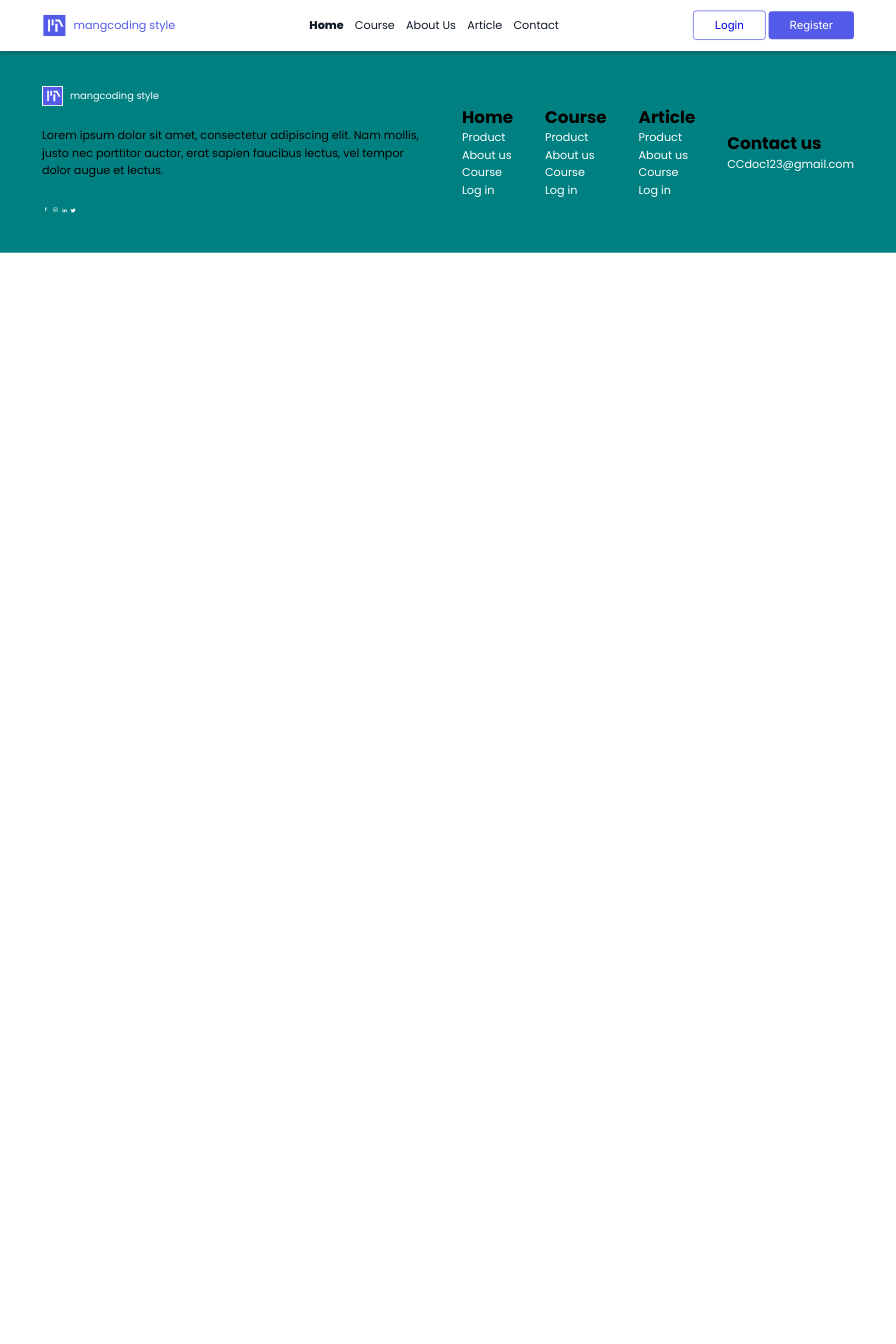
Repository: Dania-Alqam/landing-page
Page: index.html
The author's editor kept a copy of each file at every save. The page is drawn from the files as they stood at one save, then again after the next save.
The browser window is 1280 px wide. The pictures show the part of the page from y = 0 to 1920 px (the page is 5000 px tall), at 70% of full size.

Above is the page before, as saved 2024-06-21 23:59:26.

After the next save:
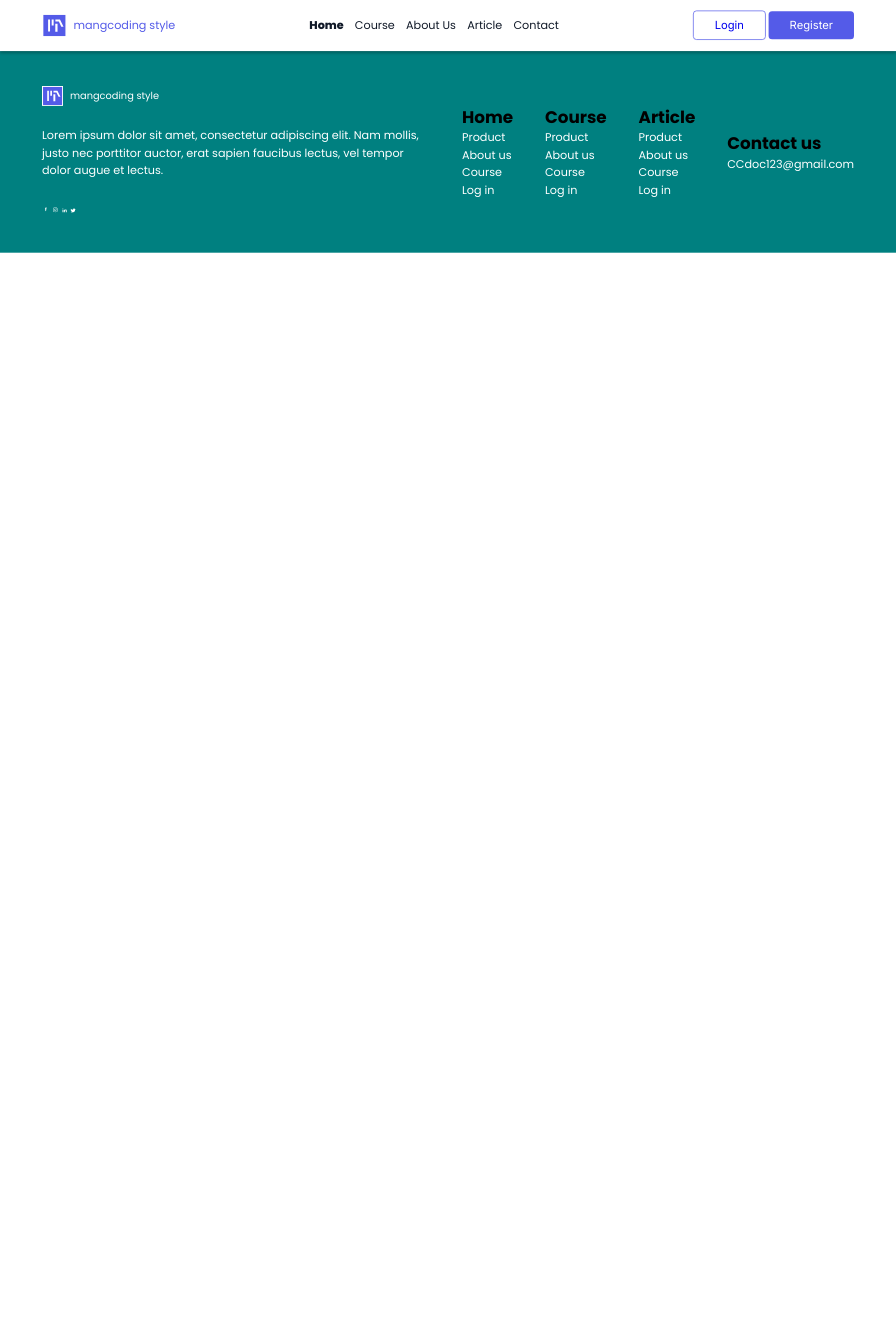
Saved 46 s later.
--- a/assests/css/main.css
+++ b/assests/css/main.css
@@ -98,7 +98,7 @@ font-weight: 800;
 .footer .footer-start .logo a{
     font-size: 14px;
 }
-.footer .footer-start .logo p{
+.footer .footer-start  p{
     color: #fff;
 }
 /* end footer */
